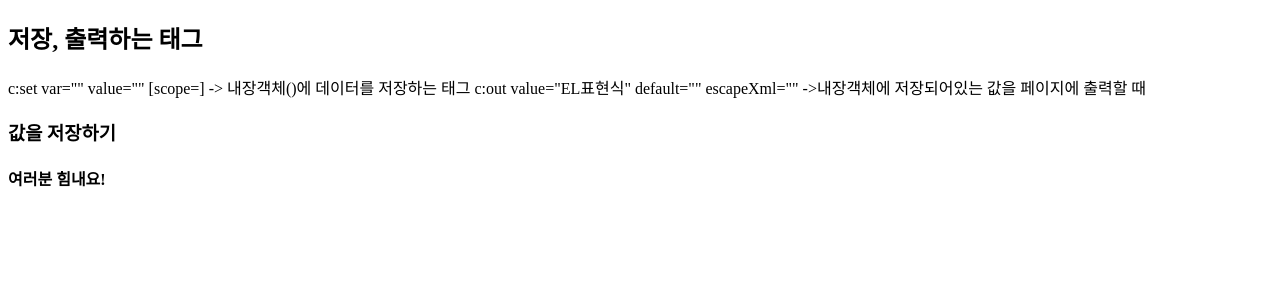
Repository: simjiho/week
Page: http://localhost/el_jstl/views/jstl/02_controltag.jsp
An editor plug-in stored every save of this project. The page is shown before and after the next save, followed by the edit.
The browser window is 1280 px wide. The pictures show the whole page.
The page is served by Tomcat 9.

Above is the page before, as saved 2024-04-20 05:50:13.

After the next save:
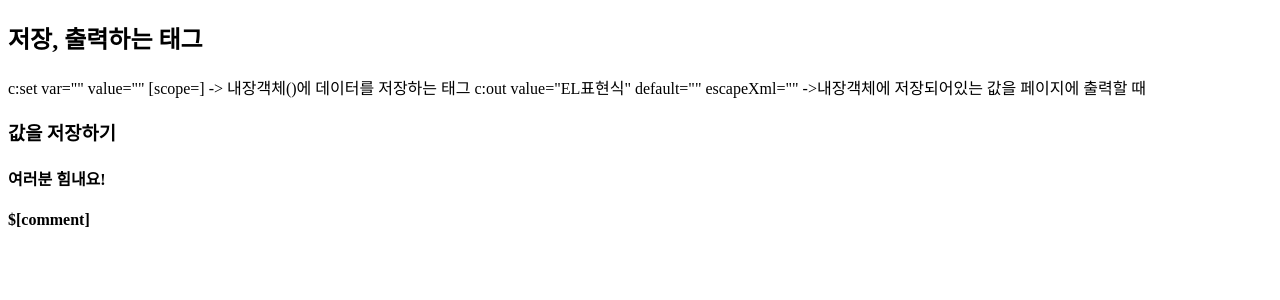
Saved 40 s later.
--- a/workspace/el_jstl/src/main/webapp/views/jstl/02_controltag.jsp
+++ b/workspace/el_jstl/src/main/webapp/views/jstl/02_controltag.jsp
@@ -16,5 +16,6 @@
 	<h3>값을 저장하기</h3>
 	<c:set var="comment" value="여러분 힘내요!"/>
 	<h4><c:out value="${comment}"/></h4>
+	<h4>$[comment]</h4>
 </body>
 </html>
